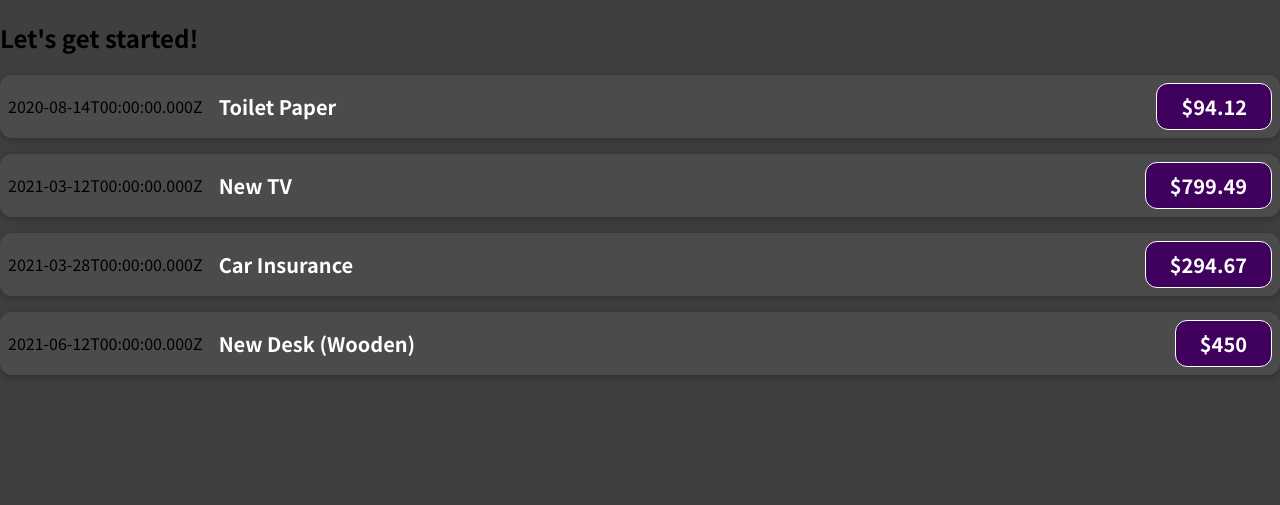
Repository: Dark-Developer93/react-complete-guide
Page: /
These files come from the project's save history. The page is drawn as it stood at one moment and after a run of saves; the edit follows.
The browser window is 1280 px wide. The pictures show the whole page.
The project was rebuilt for these pictures with package versions that can differ from the ones it lists, and the page was loaded fresh each time.

Above is the page before, as saved 2022-11-04 16:33:16.

After the next 2 saves:
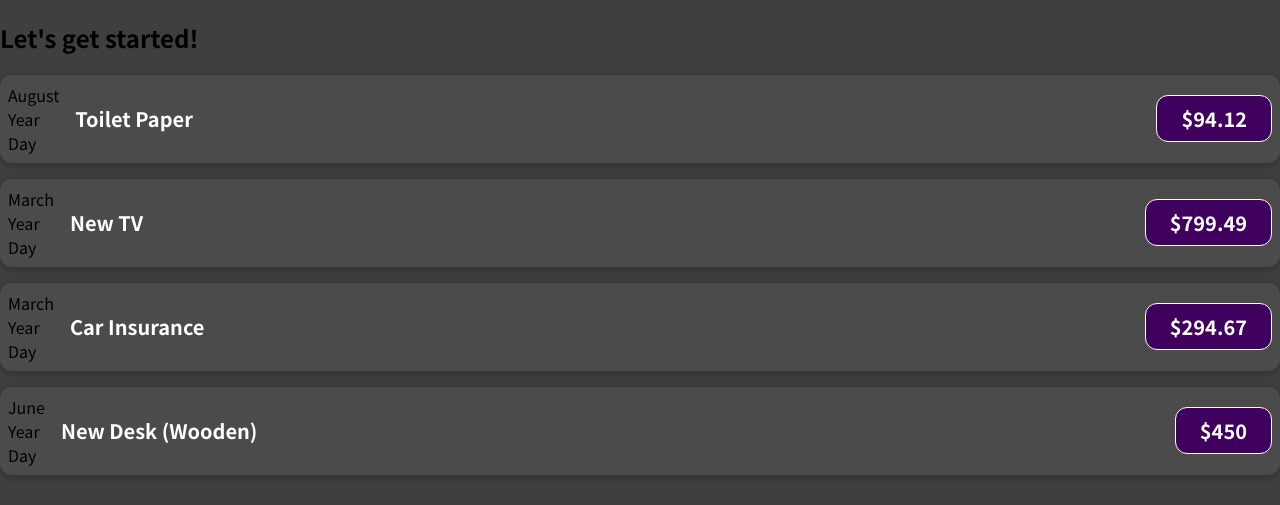
The 2 saves are shown as one change because 1 did not build or start.
The last was saved 6 min 3 s later.
--- a/src/components/ExpenseItem.js
+++ b/src/components/ExpenseItem.js
@@ -4,7 +4,11 @@ const ExpenseItem = (props) => {
   const { title, amount, date } = props;
   return (
     <div className="expense-item">
-      <div>{date.toISOString()}</div>
+      <div>
+        <div>{date.toLocaleDateString("en-US", { month: "long" })}</div>
+        <div>Year</div>
+        <div>Day</div>
+      </div>
       <div className="expense-item__description">
         <h2>{title}</h2>
         <div className="expense-item__price">${amount}</div>
